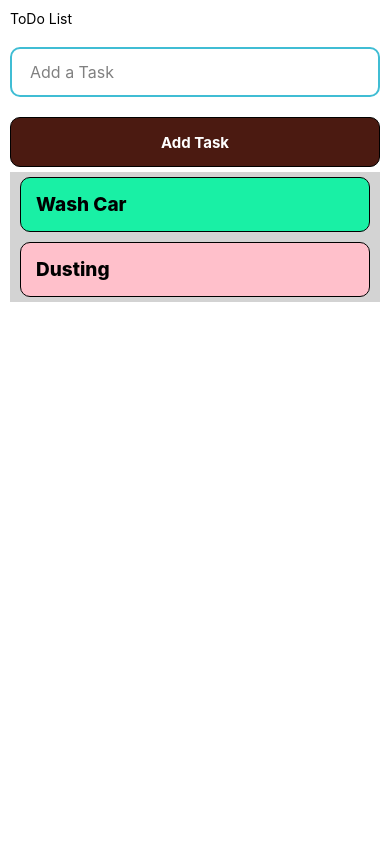
Repository: raisingh22/Projects
Screen: /
These files come from the project's save history. The screen is drawn as it stood at one moment and after the next save; the edit follows.
The app was drawn by React Native's web renderer in a window 390 px wide. The project was rebuilt for these pictures with package versions that can differ from the ones it lists, and the page was loaded fresh each time.

Above is the screen before, as saved 2024-01-21 19:24:01.

### App.js
import { View, Text, SafeAreaView } from 'react-native'
import React from 'react'
import ToDo from './src/ToDoList/screens/ToDo'

const App = () => {
  return (
   <SafeAreaView style={{
    flex:1
   }}>
     <ToDo/>
   </SafeAreaView>
  )
}

export default App

### src/ToDoList/screens/ToDo.js
import {StyleSheet, Text, TextInput, View} from 'react-native';
import React from 'react';
import MyBtn from '../../components/MyBtn';
import MyFlatList from '../../components/MyFlatList';

const DummyData = [
  {
    id: '1',
    name: 'Wash Car',
  },
  {
    id: '2',
    name: 'Dusting'
  },
];
const ToDo = () => {
  return (
    <View
      style={{
        margin: 10,
      }}>
      <Text>ToDo List</Text>
      <TextInput
        placeholder="Add a Task"
        placeholderTextColor={'grey'}
        style={styles.textInput}
      />
      <MyBtn
        text={'Add Task'}
        btnStyle={{backgroundColor: '#4b1a11'}}
        textStyle={{
          fontSize: 15,
          fontWeight: 'bold',
        }}
      />
      <MyFlatList
        data={DummyData}
        // bounces={false}
        renderItem={(item, index) => (
          <View
            style={{
              flexDirection: 'row',
              justifyContent: 'space-between',
              alignItems: 'center',
              backgroundColor:  index % 2 === 0 ? '#19f0a5' :  'pink',
              padding: 15,
              borderWidth: 1,
              marginVertical: 5,
              borderRadius: 10,
              marginHorizontal: 10,
            }}>
            <Text style={{
                fontWeight:'800',
                fontSize:19
            }}>{item.name}</Text>

          </View>
        )}
      />
    </View>
  );
};

export default ToDo;

const styles = StyleSheet.create({
  textInput: {
    width: '100%',
    height: 50,
    marginVertical: 20,
    borderWidth: 2,
    paddingVertical: 14,
    paddingHorizontal: 18,
    fontSize: 16,
    borderColor: '#40bdd4',
    borderRadius: 10,
  },
});

### src/components/MyBtn.js
import {StyleSheet, Text, TouchableOpacity, View} from 'react-native';
import React from 'react';

const MyBtn = ({text, onPress, btnStyle , textStyle}) => {
  return (
    <TouchableOpacity style={[styles.btn, btnStyle]} onPress={onPress}>
      <Text style={[styles.btnText, textStyle]} >{text}</Text>
    </TouchableOpacity>
  );
};

export default MyBtn;

const styles = StyleSheet.create({
  btn: {
    width: '100%',
    height: 50,
    backgroundColor: 'black',
    borderWidth: 1,
    borderRadius: 10,
    alignItems: 'center',
    justifyContent: 'center',
  },
  btnText: {
    color: 'white',
    // You can add more text styles here if needed
  },
});

### src/components/MyFlatList.js
import {FlatList, StyleSheet, Text, View} from 'react-native';
import React from 'react';

const MyFlatList = ({data, renderItem = (item, index) => {},bounces}) => {
  return (
    <FlatList
    bounces={bounces}
      data={data}
      renderItem={({item, index}) => renderItem(item, index)}
      keyExtractor={item => item.id.toString()}
      style={styles.list}
    />
  );
};

export default MyFlatList;

const styles = StyleSheet.create({
    list: {
        marginVertical:5,
        // flex: 1, // Example: Expand the FlatList to fill available space
        backgroundColor: 'lightgray', // Example: Set background color
        height:"50%"
      },
});

After the next save:
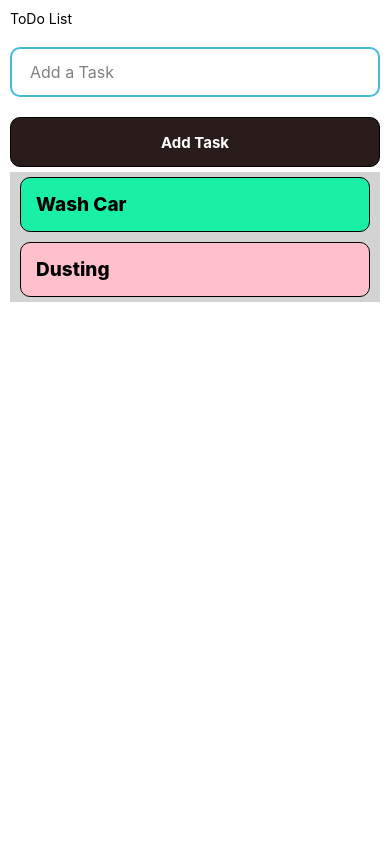
Saved 5 s later.
--- a/src/ToDoList/screens/ToDo.js
+++ b/src/ToDoList/screens/ToDo.js
@@ -27,7 +27,7 @@ const ToDo = () => {
       />
       <MyBtn
         text={'Add Task'}
-        btnStyle={{backgroundColor: '#4b1a11'}}
+        btnStyle={{backgroundColor: '#291c1a'}}
         textStyle={{
           fontSize: 15,
           fontWeight: 'bold',
